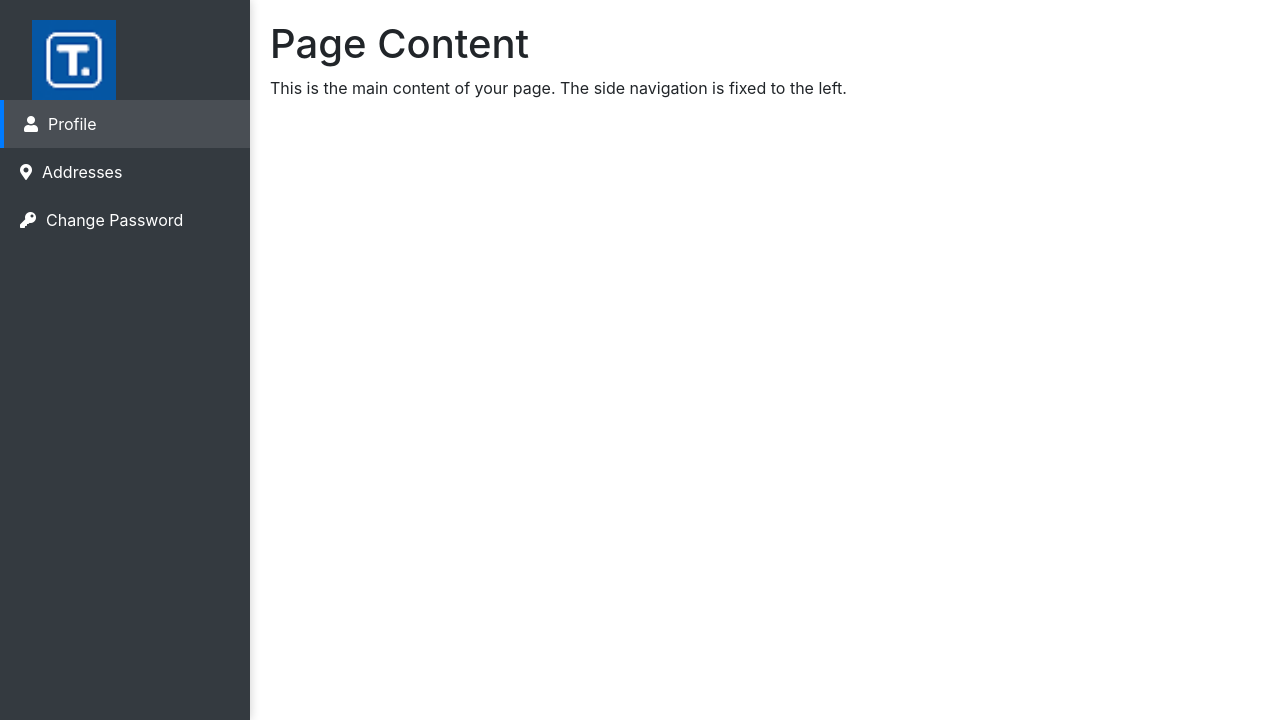
Repository: Darkrepo23/Ecommerce-Manalastas-project
Page: profile-settings.html
These files come from the project's save history. The page is drawn as it stood at one moment and after the next save; the edit follows.
The browser window is 1280 px wide. The pictures show the whole page.
Some web libraries are served in a nearby version.

Above is the page before, as saved 2026-01-04 08:50:11.

### profile-settings.html
 <!DOCTYPE html>
 <html lang="en">
 <head>
  <meta charset="UTF-8">
  <meta name="viewport" content="width=device-width, initial-scale=1.0">
  <title>Beautiful Bootstrap Side Navigation</title>
  <!-- Bootstrap CSS -->
  <link rel="stylesheet" href="https://stackpath.bootstrapcdn.com/bootstrap/4.5.2/css/bootstrap.min.css">
  <!-- Font Awesome CSS (for icons) -->
  <link rel="stylesheet" href="https://cdnjs.cloudflare.com/ajax/libs/font-awesome/5.15.4/css/all.min.css">
  <style>
  /* Custom Styles for the Side Navigation */
  .sidebar {
  height: 100vh; /* Full height of the viewport */
  width: 250px; /* Width of the sidebar */
  position: fixed; /* Fixed position */
  top: 0;
  left: 0;
  background-color: #343a40; /* Dark background */
  color: white; /* White text */
  padding-top: 20px;
  box-shadow: 0 0 10px rgba(0, 0, 0, 0.2); /* Add shadow */
  }

  .sidebar a {
  padding: 12px 20px;
  text-decoration: none;
  font-size: 16px;
  color: white; /* White text */
  display: block;
  transition: background-color 0.3s ease; /* Smooth transition */
  }

  .sidebar a:hover {
  background-color: rgba(255, 255, 255, 0.1); /* Lighter background on hover */
  }

  .sidebar i {
  margin-right: 10px; /* Add space between icon and text */
  }

  /* Content area style to prevent overlap */
  .content {
  margin-left: 250px; /* Same as sidebar width */
  padding: 20px;
  }

  /* Add a top border to the active link */
  .sidebar .active {
  border-left: 4px solid #007bff; /* Blue active indicator */
  background-color: rgba(255, 255, 255, 0.1); /* Slightly lighter background */
  }
  </style>
 </head>
 <body>

  <!-- Side Navigation -->
  <div class="sidebar">
  <img src="img/logo.png" class="" alt="" style="height: 5rem; margin-left: 2rem; mar">
  <a href="#" class="active"><i class="fas fa-user"></i>Profile</a>
  <a href="#"><i class="fas fa-map-marker-alt"></i>Addresses</a>
  <a href="#"><i class="fas fa-key"></i>Change Password</a>
  </div>

  <!-- Page Content -->
  <div class="content">
  <h1>Page Content</h1>
  <p>This is the main content of your page. The side navigation is fixed to the left.</p>
  </div>

  <!-- Bootstrap JS and Popper.js (optional, but might be needed for other components) -->
  <script src="https://code.jquery.com/jquery-3.5.1.slim.min.js"></script>
  <script src="https://cdn.jsdelivr.net/npm/@popperjs/core@2.5.3/dist/umd/popper.min.js"></script>
  <script src="https://stackpath.bootstrapcdn.com/bootstrap/4.5.2/js/bootstrap.min.js"></script>
 </body>
 </html>

After the next save:
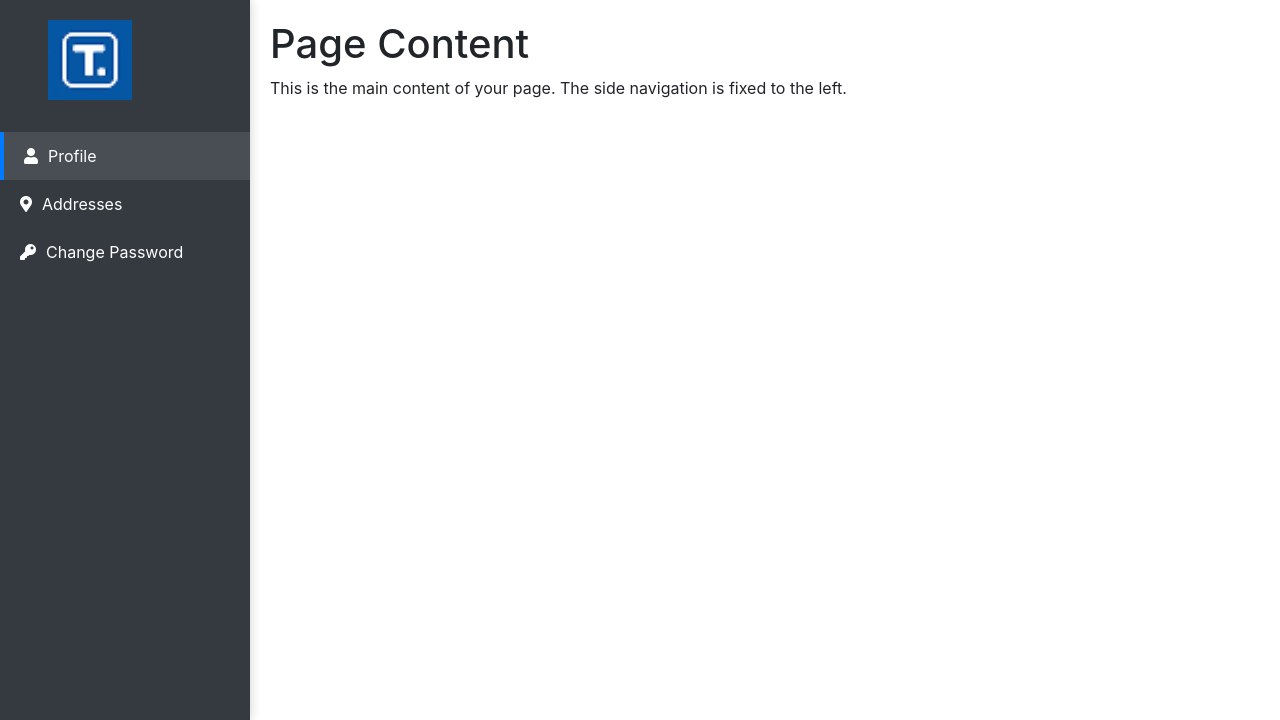
Saved 14 s later.
--- a/profile-settings.html
+++ b/profile-settings.html
@@ -56,7 +56,7 @@
 
   <!-- Side Navigation -->
   <div class="sidebar">
-  <img src="img/logo.png" class="" alt="" style="height: 5rem; margin-left: 2rem; mar">
+  <img src="img/logo.png" class="" alt="" style="height: 5rem; margin-left: 3rem; margin-bottom: 2rem;">
   <a href="#" class="active"><i class="fas fa-user"></i>Profile</a>
   <a href="#"><i class="fas fa-map-marker-alt"></i>Addresses</a>
   <a href="#"><i class="fas fa-key"></i>Change Password</a>
